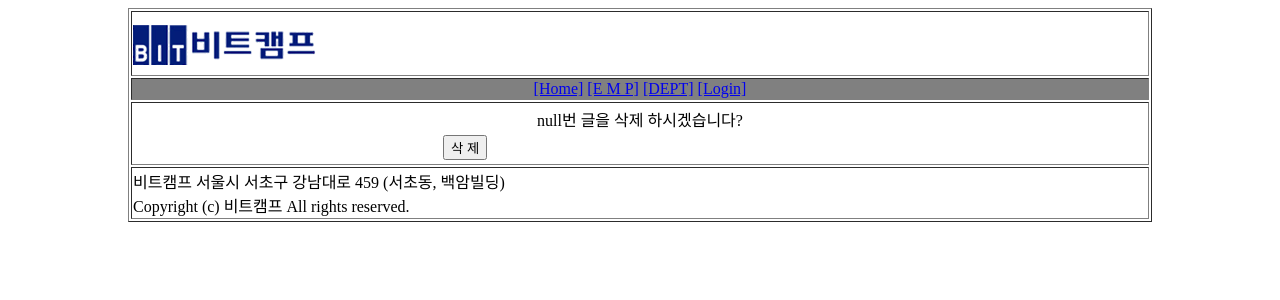
Repository: Lee-seongBeom/bitclass
Page: http://localhost/web06/delete.jsp
An editor plug-in stored every save of this project. The page is shown before and after the next save, followed by the edit.
The browser window is 1280 px wide. The pictures show the whole page.
The page is served by Tomcat 9.

Above is the page before, as saved 2020-07-06 08:23:16.

### web/web06/WebContent/delete.jsp
<%@ page language="java" contentType="text/html; charset=EUC-KR"
    pageEncoding="EUC-KR"%>
<!DOCTYPE html PUBLIC "-//W3C//DTD HTML 4.01 Transitional//EN" "http://www.w3.org/TR/html4/loose.dtd">
<html>
<head>
<meta http-equiv="Content-Type" content="text/html; charset=EUC-KR">
<title>Insert title here</title>
</head>
<body>
	<table border="1" width="1024" align="center">
		<tr>
			<td>
				<img src="img/logo.png">
			</td>
		</tr>
		<tr>
			<td bgcolor="gray" align="center">
				<a href="./">[Home]</a>
				<a href="/web06/list.jsp">[E M P]</a>
				<a href="#">[DEPT]</a>
				<a href="#">[Login]</a>
			</td>
		</tr>
		<tr>
			<td>
			<!--content start  -->
			<!--POST -->

			<!--GET  -->
			<table align="center" width="400">
				<tr>
					<td align="center"><%=request.getParameter("idx")%>번 글을 삭제 하시겠습니다?</td>
				</tr>
				<tr>
					<td>
						<form method="post">
							<input type="hidden" name="sabun" value="<%=request.getParameter("idx")%>">
							<input type="submit" value="삭 제">
						</form>
					</td>
				</tr>
			</table>
			<!--content end -->
			</td>
		</tr>
		<tr>
			<td>비트캠프 서울시 서초구 강남대로 459 (서초동, 백암빌딩)<br>
				Copyright (c) 비트캠프 All rights reserved.
			</td>
		</tr>
	</table>
</body>
</html>

After the next save:
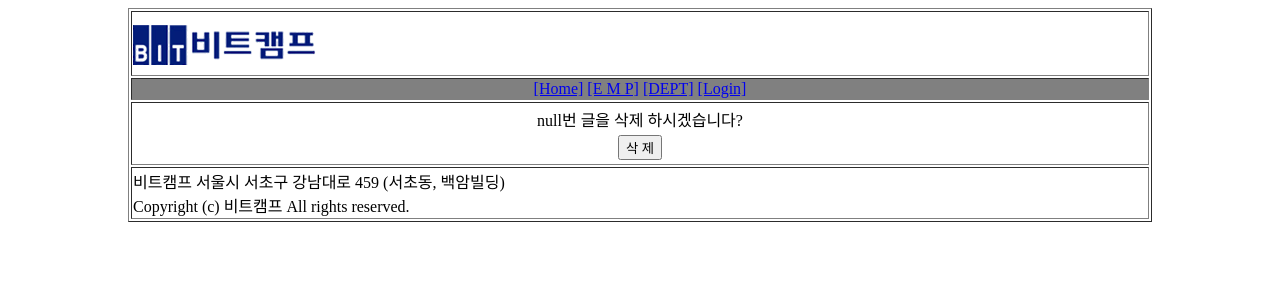
Saved 15 s later.
--- a/web/web06/WebContent/delete.jsp
+++ b/web/web06/WebContent/delete.jsp
@@ -32,7 +32,7 @@
 					<td align="center"><%=request.getParameter("idx")%>번 글을 삭제 하시겠습니다?</td>
 				</tr>
 				<tr>
-					<td>
+					<td align="center">
 						<form method="post">
 							<input type="hidden" name="sabun" value="<%=request.getParameter("idx")%>">
 							<input type="submit" value="삭 제">
